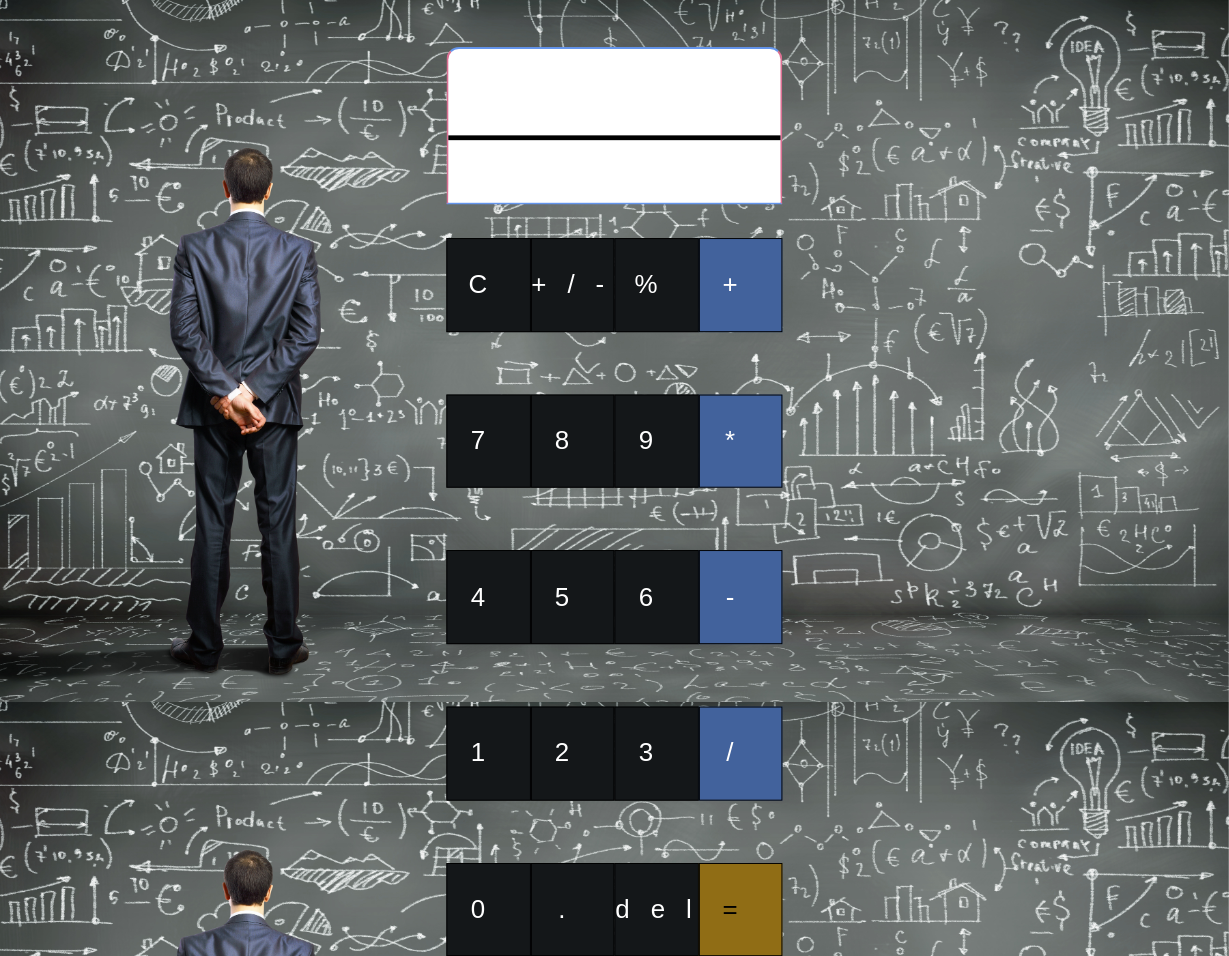
Repository: OfirLana/Calculator
Page: index.html
These files come from the project's save history. The page is drawn as it stood at one moment and after the next save; the edit follows.
The browser window is 1280 px wide. The pictures show the whole page, at 96% of full size.
Pictures or frames that could not be fetched are drawn as grey boxes.

Above is the page before, as saved 2019-03-19 21:28:03.

### index.html
<!DOCTYPE html>
<html lang="en">

<head>
    <meta charset="UTF-8">
    <meta name="viewport" content="width=device-width, initial-scale=1.0">
    <meta http-equiv="X-UA-Compatible" content="ie=edge">
    <link href="https://fonts.googleapis.com/css?family=Lato:100,300,400,700,900" rel="stylesheet">
    <title>Document</title>
    <link rel="stylesheet" href="style.css">
    <iframe width:"0" height="0"
        src="http://www.youtuberepeater.com/watch?v=3FsLxCsDjZM&name=David+Bowie+Space+Oddity+Virgin+Magnetic+Material+Remix"
        frameborder="0" allowfullscreen></iframe>
</head>

<body>

    <div class="calculator">
        <div class="output_box">
            <div class="main_output"></div>
            <div class="sub_output"></div>
        </div>


        <div class="opeartor_box">
            <button class="btn dlt">C</button>
            <button class="btn">+/-</button>
            <button class="btn ">%</button>
            <button class="btn op">+</button>
            <button class="btn">7</button>
            <button class="btn">8</button>
            <button class="btn">9</button>
            <button class="btn op">*</button>
            <button class="btn">4</button>
            <button class="btn">5</button>
            <button class="btn">6</button>
            <button class="btn op">-</button>
            <button class="btn">1</button>
            <button class="btn">2</button>
            <button class="btn">3</button>
            <button class="btn op">/</button>
            <button class="btn">0</button>
            <button class="btn">.</button>
            <button class="btn">del</button>
            <button class="btn sum">=</button>


        </div>








    </div>
    <script src="index.js"></script>
</body>

</html>

### style.css
* {
    margin: 0;
    padding: 0;
    box-sizing: border-box;
}

html {
    font-size: 62.5%;
}

body {
    font-family: "Lato", sans-serif;
    font-size: 1.6rem;
    color: #777;
    padding: 3rem 0px 0px 0px;
    /* background: cadetblue; */
    background: url(img/math2.jpg);
    background-size: cover;
}

.calculator {
    display: flex;
    flex-direction: column;
    margin: 0 auto;
    width: 35rem;
    height: 55rem;
    /* border: 1px solid red; */
    border-radius: 5px;
}

.output_box {
    display: flex;
    flex-direction: column;
    flex-basis: 30%;
    border: 2px solid cornflowerblue;
    border-radius: 13px 13px 0px 0px;
    border-right: 2px solid palevioletred;
    border-left: 2px solid palevioletred;
    width: 100%;
    justify-content: space-between;
    /* padding:0px 20px; */
    background: white;
    color: black;
    font-size: 19px;
}

.main_output {
    display: flex;
    /* border: 1px solid blue; */
    height: 9rem;
    justify-content: center;
    align-items: center;
    /* background:blue; */
    /* border:1px solid tomato; */
    width: 100%;
    /* background:blue; */
    text-align: end;
    overflow: hidden;
}

.sub_output {
    display: flex;
    font-size: 4rem;
    font-weight: 700;
    /* border: 1px solid salmon; */
    height: 7rem;
    /* background:red; */
    color: white;
    justify-content: center;
    align-items: center;
    overflow: hidden;
    border-top: 5px solid black;

    /* background:tomato; */
}


.opeartor_box {
    display: flex;
    /* flex-direction: column; */
    flex-wrap: wrap;
    width: 100%;
    /* border:5px solid purple; */
    flex-basis: 70%;
}

.btn {
    width: 25%;
    height: 20%;
    background: #1E2326;
    border: 1px solid black;
    color: white;
    font-size: 27px;
    font-weight: 100;
    cursor: pointer;
    animation: btn 13s 1;
}
        @keyframes btn {
            0% {
                background:black;

            }
            30% {
                letter-spacing: 25px;

                margin-top: 40px;
            }
            85% {

                margin-bottom: 40px;
            }
        }

.btn:active {
    background: salmon;
    border: 1px solid black;
}

.btn:hover {
    opacity: 0.8;
}

.op {
    background: cornflowerblue;
}

.sum {
    background: goldenrod;
    color: black;
}

Loaded but not shown: index.js (no copy from this time; the picture is the same without it)

After the next save:
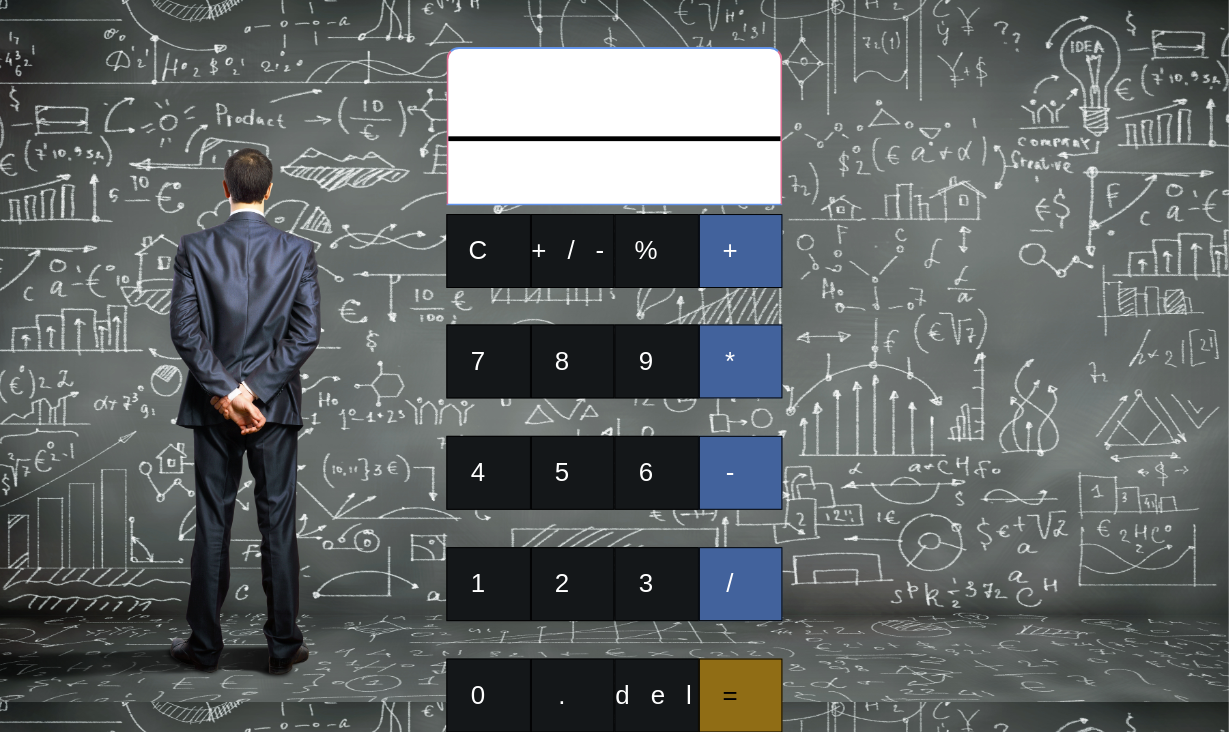
Saved 8 s later.
--- a/style.css
+++ b/style.css
@@ -103,7 +103,7 @@ body {
             30% {
                 letter-spacing: 25px;
 
-                margin-top: 40px;
+                margin-top: 10px;
             }
             85% {
 
